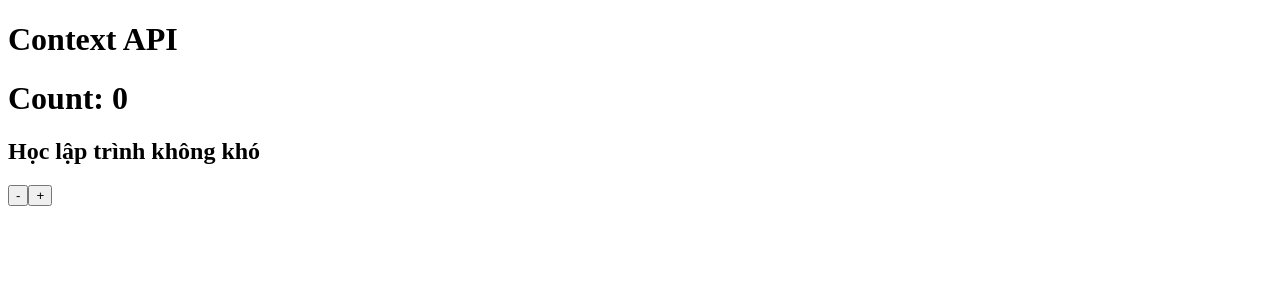
Repository: hungtuan/reactjs-k4-fullstack
Page: / (app in react-03/)
An editor plug-in stored every save of this project. The page is shown before and after the next save, followed by the edit.
The browser window is 1280 px wide. The pictures show the whole page.
The project was rebuilt for these pictures with package versions that can differ from the ones it lists, and the page was loaded fresh each time. Also part of the build but not shown: react-03/vite.config.js.

Above is the page before, as saved 2023-11-15 14:37:18.

After the next save:
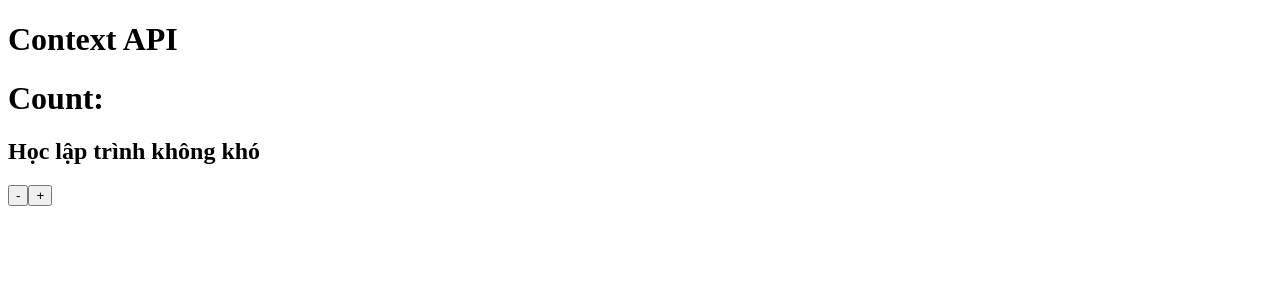
Saved 45 s later.
--- a/react-03/src/components/Count.jsx
+++ b/react-03/src/components/Count.jsx
@@ -3,17 +3,13 @@
 const Count = () => {
   const { data } = useContext(AppContext);
   console.log(data);
-  const [count, setCount] = useState(data.count);
+  const [count, setCount] = useState();
   const handleInc = () => {
-    setCount((count) => {
-      count - 1;
-    });
+    setCount((count) => count - 1);
   };
 
   const handleAdd = () => {
-    setCount((count) => {
-      count + 1;
-    });
+    setCount((count) => count + 1);
   };
   return (
     <div>

After the save that followed:
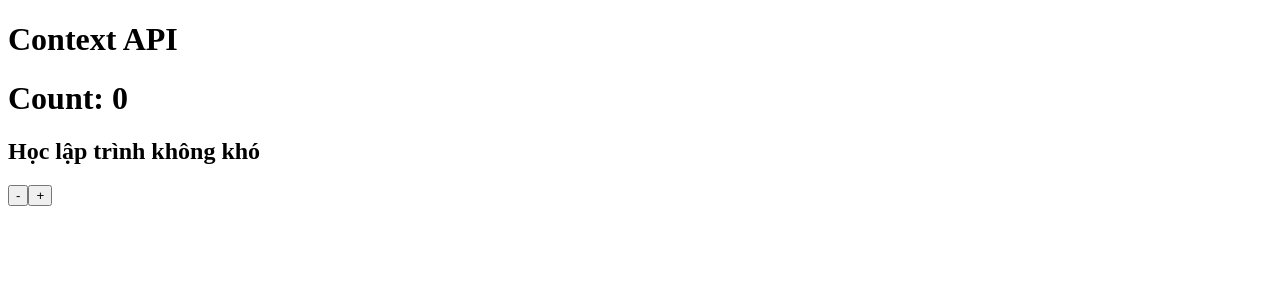
Saved 18 s later.
--- a/react-03/src/components/Count.jsx
+++ b/react-03/src/components/Count.jsx
@@ -3,7 +3,7 @@
 const Count = () => {
   const { data } = useContext(AppContext);
   console.log(data);
-  const [count, setCount] = useState();
+  const [count, setCount] = useState(data.count);
   const handleInc = () => {
     setCount((count) => count - 1);
   };
